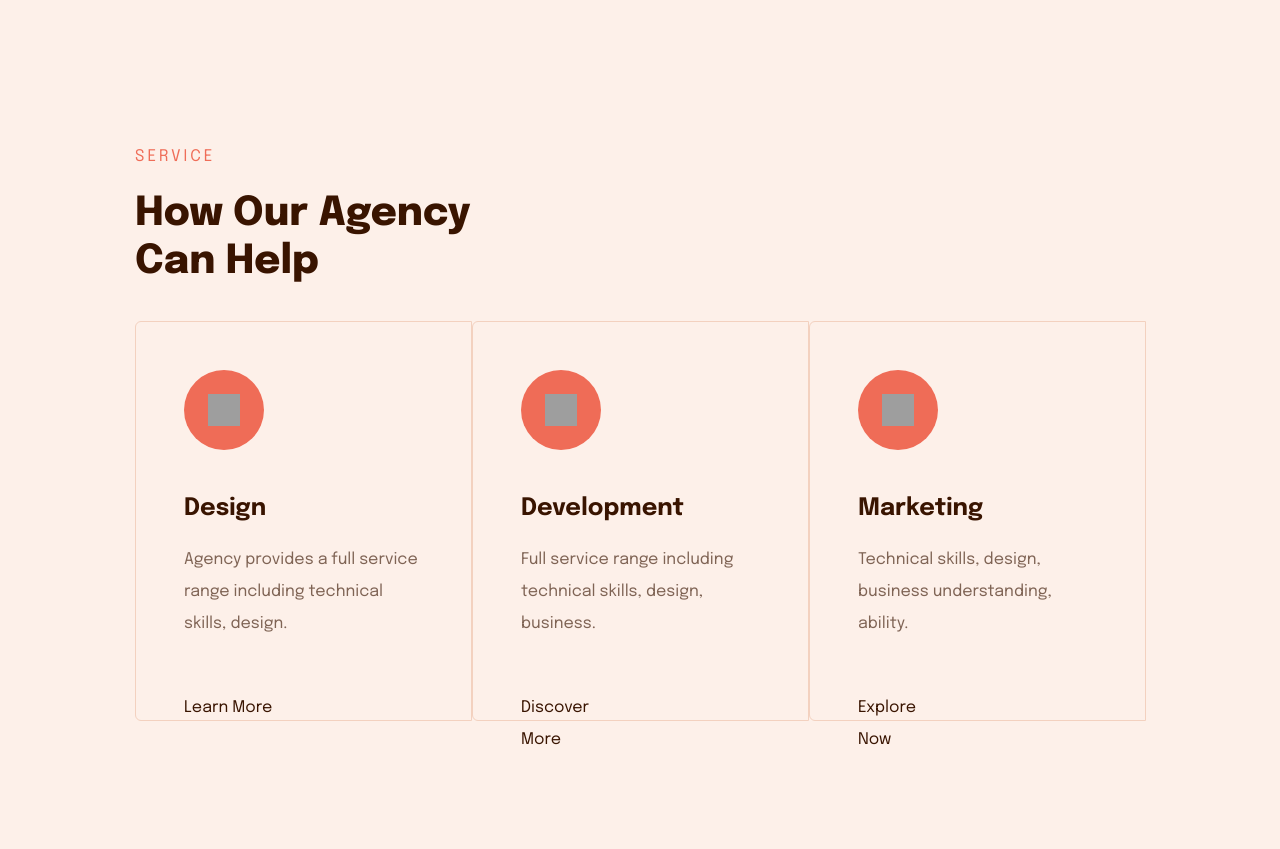
Repository: simralgasimov/service
Page: index.html
The author's editor kept a copy of each file at every save. The page is drawn from the files as they stood at one save, then again after the next save.
The browser window is 1280 px wide. The pictures show the whole page.
Pictures or frames that could not be fetched are drawn as grey boxes.

Above is the page before, as saved 2023-09-04 13:28:31.

### index.html
<!DOCTYPE html>
<html lang="en">
<head>
    <meta charset="UTF-8">
    <meta name="viewport" content="width=device-width, initial-scale=1.0">
    <title>Document</title>
    <link rel="stylesheet" href="index.css">
</head>
<body>
    <div class="container"><h1>Service
    </h1>
    <h2>How Our Agency Can Help
    </h2>

    <ul class=>
  <li >
    <div class="circle">
        <img src="./img/Combined.svg" alt="">
    </div>

    <h3>Design</h3>
    <h4>Agency provides a full service range including technical skills, design.
    </h4>
    <h5>Learn More
    </h5>
   </li>

   <li >
    <div class="circle">
        <img src="./img/Combined Shape (1).svg" alt="">
    </div>

    <h3>Development
    </h3>
    <h4>Full service range including technical skills, design, business.
</h4>
    <h5>Discover More

    </h5>
   </li>


   <li >
    <div class="circle">
        <img src="./img/Shape.svg" alt="">
    </div>

    <h3>Marketing

    </h3>
    <h4>Technical skills, design, business understanding, ability.
</h4>
    <h5>Explore Now


    </h5>
   </li>
</ul>


</div>


</body>
</html>

### index.css
@import url("https://fonts.googleapis.com/css2?family=Epilogue:wght@400;700;800;900&display=swap");
* {
  margin: 0;
  padding: 0;
  box-sizing: border-box;
}

.container {
  background: #fdf0e9;
  padding: 141px 134px 128px 135px;
}

.container h1 {
  margin-bottom: 17px;
  color: var(--text-dark-accent, #ef6d58);
  font-feature-settings: "clig" off, "liga" off;
  font-family: Epilogue;
  font-size: 16px;
  font-style: normal;
  font-weight: 400;
  line-height: 32px;
  letter-spacing: 3px;
  text-transform: uppercase;
}

.container h2 {
  margin-bottom: 35px;
  width: 336px;
  color: var(--text-dark, #391400);
  font-feature-settings: "clig" off, "liga" off;
  font-family: Epilogue;
  font-size: 40px;
  font-style: normal;
  font-weight: 800;
  line-height: 48px;
}

.container ul {
  list-style-type: none;
  display: flex;
}

.container ul li {
  padding: 48px 48px 52px 48px;
  width: 391px;
  height: 400px;
  border-radius: 6px 0px 0px 6px;
  border: 1px solid #f3d1bf;
}
.container ul li .circle{
  width: 80px;
height: 80px;
border-radius: 50%;
background-color: #EF6C57;
display: flex;
justify-content: center;
align-items: center;
}
.container ul li img {
  width: 32px;
  height: 32px;

}

.container ul li h3 {
  margin-top: 43px;
  /* width: 83px; */
  color: var(--text-dark, #391400);
  font-feature-settings: "clig" off, "liga" off;

  font-family: Epilogue;
  font-size: 24px;
  font-style: normal;
  font-weight: 700;
  line-height: 32px;
}

.container ul li h4 {
  margin-top: 19px;
  /* width: 294px; */
  color: var(--text-dark-gray, rgba(57, 20, 0, 0.64));
  font-feature-settings: "clig" off, "liga" off;
  font-family: Epilogue;
  font-size: 16px;
  font-style: normal;
  font-weight: 400;
  line-height: 32px;
}

.container ul li h5 {
  margin-top: 52px;
  width: 89px;
  color: var(--text-dark, #391400);
  font-feature-settings: "clig" off, "liga" off;

  font-family: Epilogue;
  font-size: 16px;
  font-style: normal;
  font-weight: 400;
  line-height: 32px;
}

/* .container ul li:nth-child(2) h5{
    width: 113px;
}


.container ul li:nth-child(3) h5{
    width: 96px;
} */

After the next save:
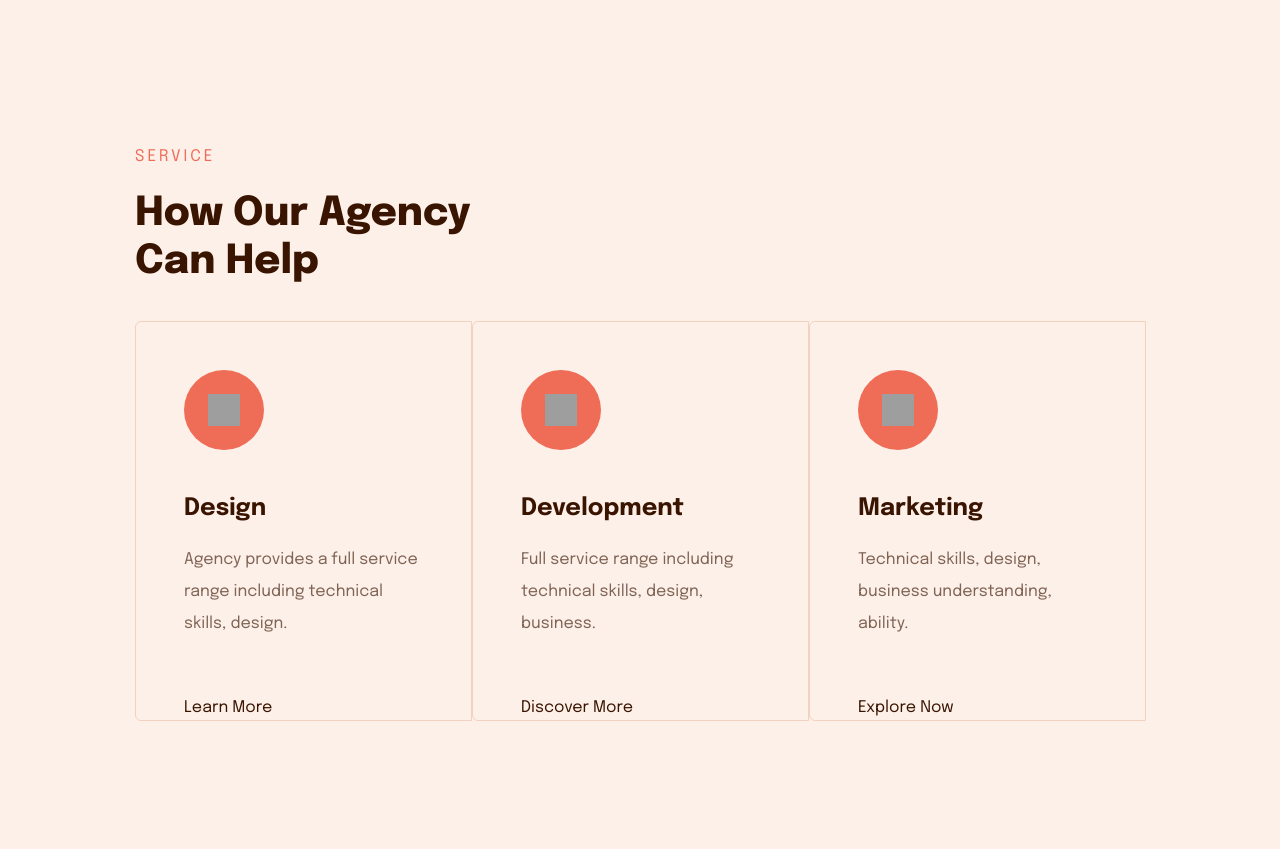
Saved 5 s later.
--- a/index.css
+++ b/index.css
@@ -89,7 +89,7 @@ align-items: center;
 
 .container ul li h5 {
   margin-top: 52px;
-  width: 89px;
+  /* width: 89px; */
   color: var(--text-dark, #391400);
   font-feature-settings: "clig" off, "liga" off;
 
